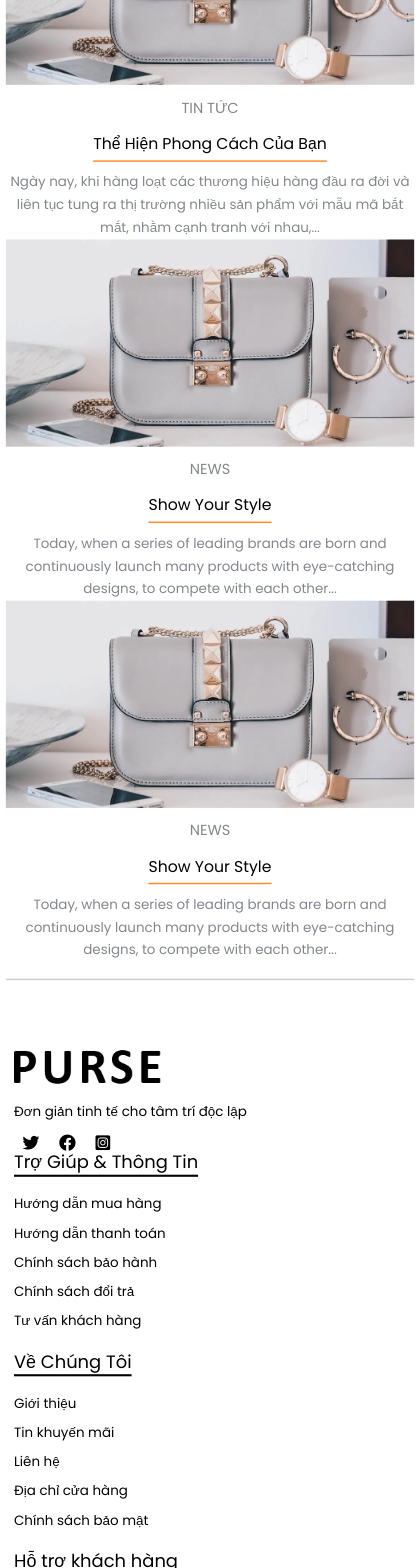
Repository: minh352623/project_firebase
Page: trangchu.html
An editor plug-in stored every save of this project. The page is shown before and after the next save, followed by the edit.
The browser window is 600 px wide. The pictures show the part of the page from y = 3773 to 6013 px (the page is 6284 px tall before and 6234 px after), at 70% of full size.
An inner scrolling area shows only its first screen. Backgrounds fixed to the window are drawn as part of the page. Some web libraries are served in a nearby version.

Above is the page before, as saved 2022-05-12 21:17:51.

After the next save:
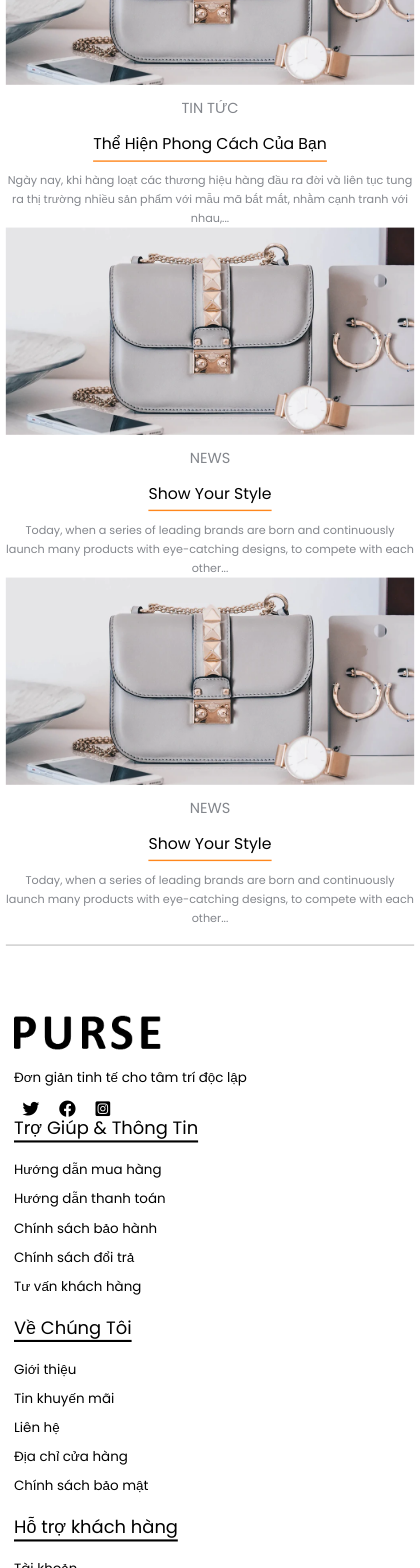
Saved 2 min 1 s later.
--- a/assets/css/reponsive.css
+++ b/assets/css/reponsive.css
@@ -203,4 +203,7 @@
         line-height: 1.3;
         font-size: 1.4rem;
     }
+    .main-blog-content-story{
+        font-size: 1rem
+    }
 }
